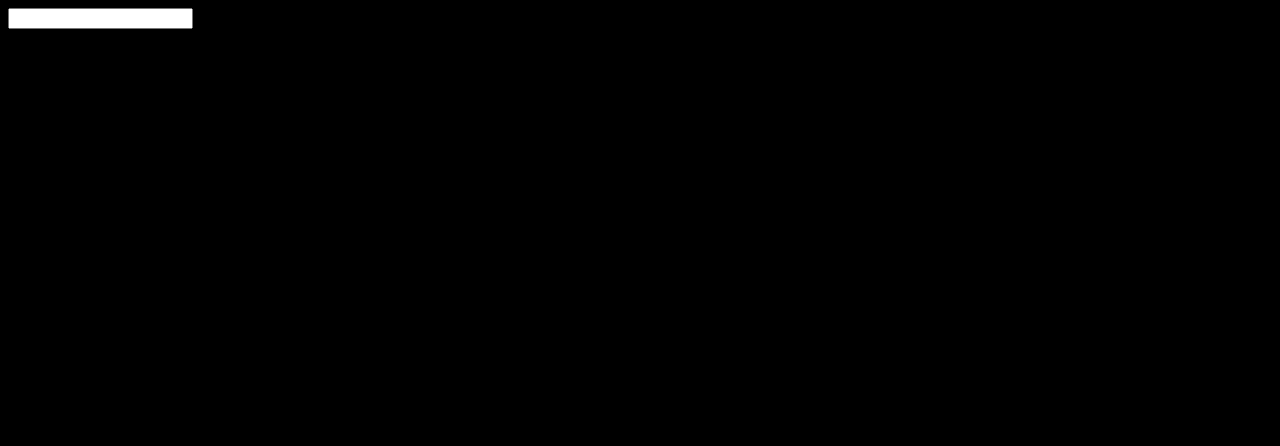
Repository: danieltrancozo/MyJSLib
Page: index.html
These files come from the project's save history. The page is drawn as it stood at one moment and after the next save; the edit follows.
The browser window is 1280 px wide. The pictures show the whole page.

Above is the page before, as saved 2021-05-18 17:30:27.
Console error: ReferenceError: modtext is not defined

After the next save:
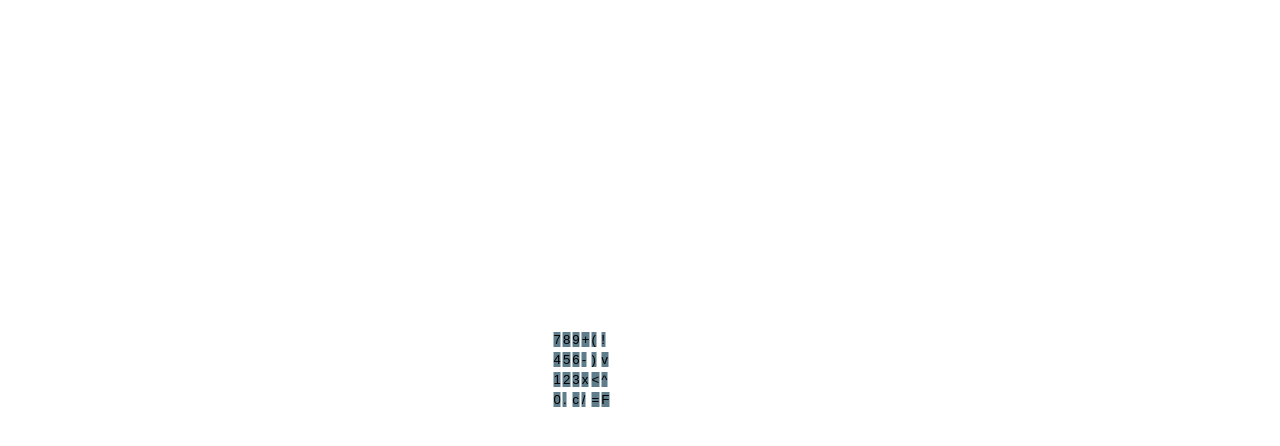
The error is gone.
Saved 25 min 51 s later.
--- a/index.html
+++ b/index.html
@@ -1,19 +1,84 @@
 <!DOCTYPE html>
-<html lang="en">
-<head>
-    <meta charset="UTF-8">
-    <meta http-equiv="X-UA-Compatible" content="IE=edge">
-    <meta name="viewport" content="width=device-width, initial-scale=1.0">
-    <title>Document</title>
+<html><head>
+    <style>
+        * {
+    margin: 0;
+    padding: 0;
+}
+.button {
+    width: 50;
+    height: 50;
+    font-size: 25;
+    margin: 2;
+    cursor: pointer;
+    background: #607d8b;
+    border: none;
+}
+.text {
+    width: 328;
+    margin: 5;
+    font-size: 25;
+    padding: 5;
+    border: none;
+    color: #607d8b;
+}
+.main {
+    position: absolute;
+    top: 50%;
+    left: 50%;
+    transform: translateX(-50%) translateY(-50%);
+}
+.bg {
+    background: linear-gradient(to right, rgb(89, 0, 255), rgb(248, 9, 9));
+    height: 100%;
+}
+    </style>
 </head>
-<body style="background-color:black;">
-    <input type="text" name="text" id="text">
-    <script src="dist/index_bundle.js"></script>
+<body>
+    <div class="bg"></div>
+    <div class="main">
+        <form name="form">
+            <input class="text" name="text">
+        </form>
+        <table>
+            <tbody><tr>
+                <td><input class="button" type="button" value="7" onclick="modtext(calc,ins(calc.value,'7'))"></td>
+                <td><input class="button" type="button" value="8" onclick="modtext(calc,ins(calc.value,'8'))"></td>
+                <td><input class="button" type="button" value="9" onclick="modtext(calc,ins(calc.value,'9'))"></td>
+                <td><input class="button" type="button" value="+" onclick="modtext(calc,ins(calc.value,'+'))"></td>
+                <td><input class="button" type="button" value="(" onclick="modtext(calc,ins(calc.value,'('))"></td>
+                <td><input class="button" type="button" value="!" onclick="modtext(calc,myMath(3,calc.value))"></td>
+            </tr>
+            <tr>
+                <td><input class="button" type="button" value="4" onclick="modtext(calc,ins(calc.value,'4'))"></td>
+                <td><input class="button" type="button" value="5" onclick="modtext(calc,ins(calc.value,'5'))"></td>
+                <td><input class="button" type="button" value="6" onclick="modtext(calc,ins(calc.value,'6'))"></td>
+                <td><input class="button" type="button" value="-" onclick="modtext(calc,ins(calc.value,'-'))"></td>
+                <td><input class="button" type="button" value=")" onclick="modtext(calc,ins(calc.value,')'))"></td>
+                <td><input class="button" type="button" value="v" onclick="modtext(calc,myMath(4,calc.value))"></td>
+            </tr>
+            <tr>
+                <td><input class="button" type="button" value="1" onclick="modtext(calc,ins(calc.value,'1️'))"></td>
+                <td><input class="button" type="button" value="2" onclick="modtext(calc,ins(calc.value,'2️'))"></td>
+                <td><input class="button" type="button" value="3" onclick="modtext(calc,ins(calc.value,'3'))"></td>
+                <td><input class="button" type="button" value="x" onclick="modtext(calc,ins(calc.value,'*'))"></td>
+                <td><input class="button" type="button" value="<" onclick="modtext(calc,myMath(2,calc.value))"></td>
+                <td><input class="button" type="button" value="^" onclick="modtext(calc,ins(calc.value,'**'))"></td>
+            </tr>
+            <tr>
+                <td><input class="button" type="button" value="0" onclick="modtext(calc,ins(calc.value,'0'))"></td>
+                <td><input class="button" type="button" value="." onclick="modtext(calc,ins(calc.value,'.'))"></td>
+                <td><input class="button" type="button" value="c" onclick="modtext(calc,'')"></td>
+                <td><input class="button" type="button" value="/" onclick="modtext(calc,ins(calc.value,'/'))"></td>
+                <td><input class="button" type="button" value="=" onclick="modtext(calc,myMath(1,calc.value))"></td>
+                <td><input class="button" type="button" value="F" onclick="modtext(calc,myMath(5,calc.value))"></td>
+            </tr>
+        </tbody></table>
+    </div>
+    <script type="text/javascript" src="https://raw.githubusercontent.com/danieltrancozo/MyJSLib/main/dist/index_bundle.js"></script>
     <script>
-        var calc = document.querySelector('input#text');
+        var calc = document.querySelector('input.text');
         var a = calc.value;
-        var b = modtext(calc,myMath('ins', 8));
-        console.log(b);
     </script>
-</body>
-</html>
+
+</body></html>
